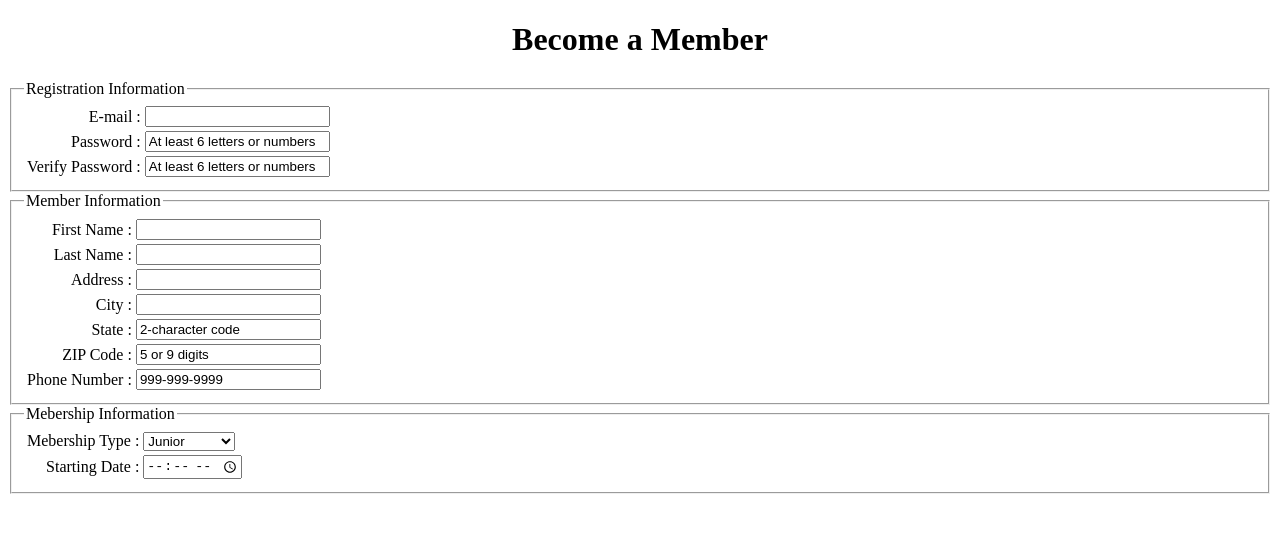
Repository: kjungyoun/Web_Study_2021
Page: homework_front/WebContent/0302/0302.html
An editor plug-in stored every save of this project. The page is shown before and after the next save, followed by the edit.
The browser window is 1280 px wide. The pictures show the whole page.

Above is the page before, as saved 2021-03-02 11:59:45.

After the next save:
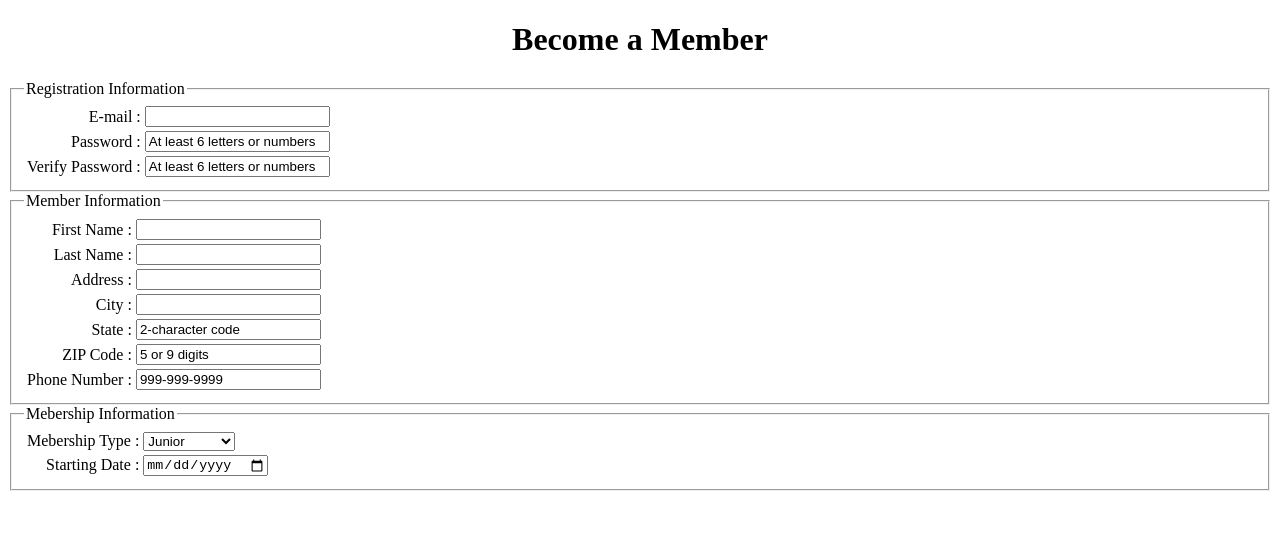
Saved 18 s later.
--- a/homework_front/WebContent/0302/0302.html
+++ b/homework_front/WebContent/0302/0302.html
@@ -129,7 +129,7 @@
 					<label for="date">Starting Date : </label>
 				</td>
 				<td align="left">
-					<input type="time" name="date">
+					<input type="date" name="date">
 				</td>
 			</tr>
 		</table>
